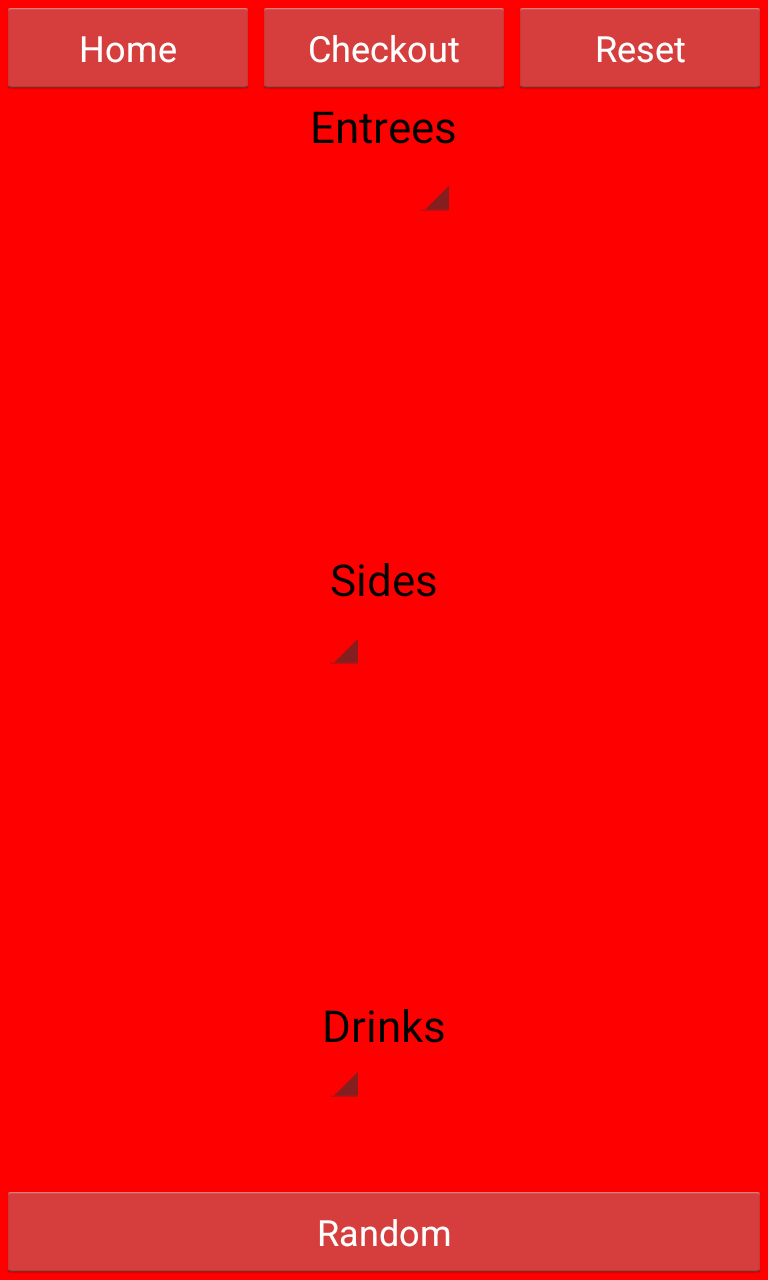
Repository: TeamSuperion/TeamSuperionSextonCalculator
Layout: SextonCalculator/res/layout/activity_punch.xml
These files come from the project's save history. The layout is drawn as it stood at one moment and after the next save; the edit follows.
It is drawn on a 768 x 1280 px phone screen (xhdpi) without system bars, with theme AppTheme; the app's code is not run.

Above is the layout before, as saved 2012-11-16 02:14:30.

After the next save:
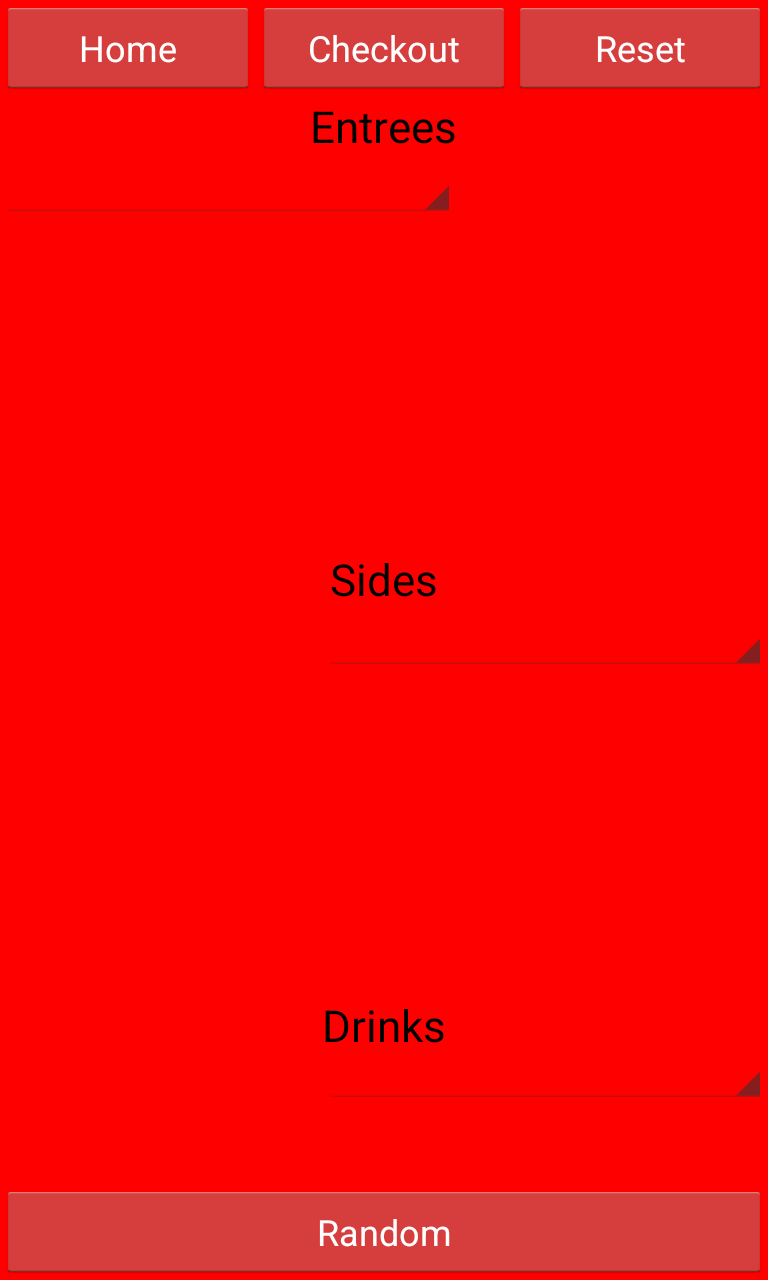
Saved 96 s later.
--- a/SextonCalculator/res/layout/activity_punch.xml
+++ b/SextonCalculator/res/layout/activity_punch.xml
@@ -30,7 +30,7 @@
 
     <Spinner
         android:id="@+id/spinner1"
-        android:layout_width="wrap_content"
+        android:layout_width="match_parent"
         android:layout_height="wrap_content"
         android:layout_alignRight="@+id/textView1"
         android:layout_below="@+id/textView1" />
@@ -47,14 +47,14 @@
 
     <Spinner
         android:id="@+id/spinner2"
-        android:layout_width="wrap_content"
+        android:layout_width="match_parent"
         android:layout_height="wrap_content"
         android:layout_alignLeft="@+id/textView3"
         android:layout_centerVertical="true" />
 
     <Spinner
         android:id="@+id/spinner3"
-        android:layout_width="wrap_content"
+        android:layout_width="match_parent"
         android:layout_height="wrap_content"
         android:layout_alignLeft="@+id/textView3"
         android:layout_alignTop="@+id/textView3"
